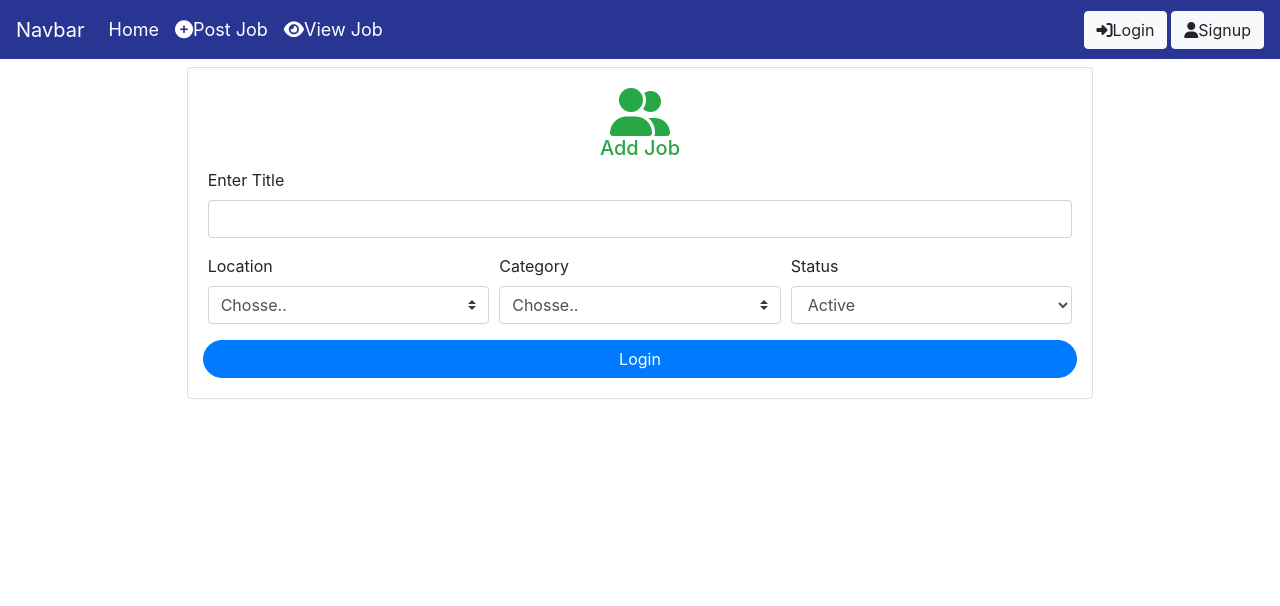
Repository: Pankaj08072001/Adv_Java
Page: http://localhost/06_Job_portal_Project/add_job.jsp
These files come from the project's save history. The page is drawn as it stood at one moment and after the next save; the edit follows.
The browser window is 1280 px wide. The pictures show the whole page.
Some web libraries are served in a nearby version. The page is served by Tomcat 9.

Above is the page before, as saved 2025-03-13 21:02:17.

After the next save:
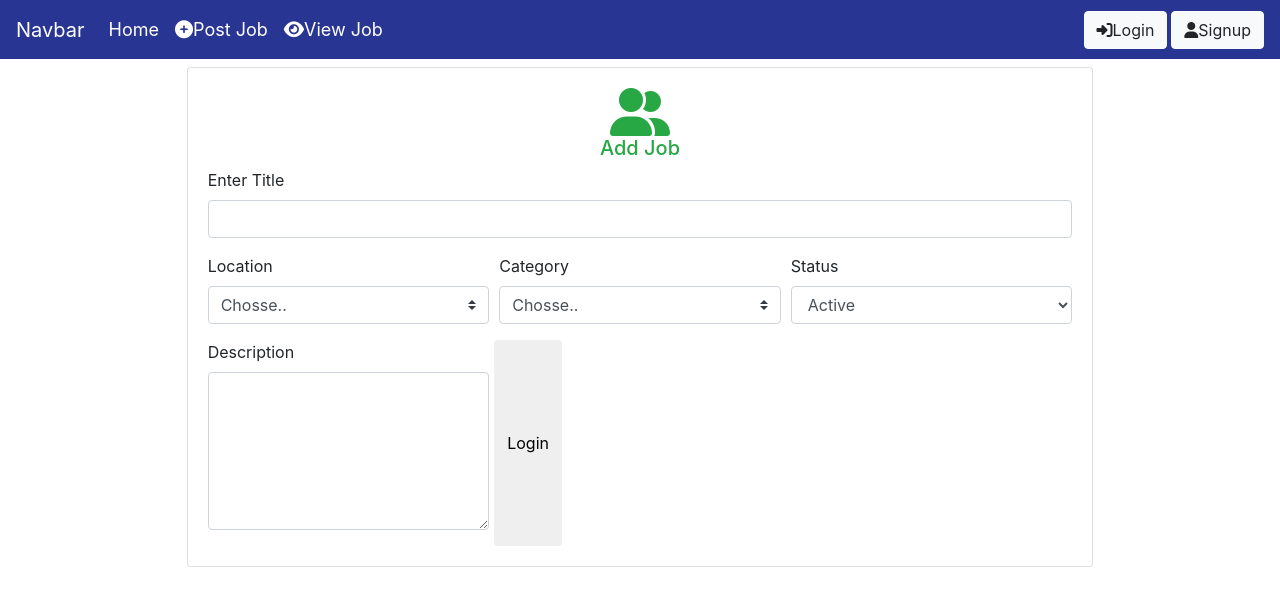
Saved 3 min 31 s later.
--- a/06_Job_portal_Project/src/main/webapp/add_job.jsp
+++ b/06_Job_portal_Project/src/main/webapp/add_job.jsp
@@ -62,9 +62,12 @@
 
 								</select>
 							</div>
+							<div class="form-group col-md-4">
+								<label>Description </label>
+								<textarea required rows="6" cols="" name="desc" class="form-control"></textarea>
+							</div>
 
-							<button class="btn btn-primary badge-pill btn-block"
-								type="submit">Login</button>
+							<button class="btn btn-">Login</button>
 					</form>
 
 				</div>
